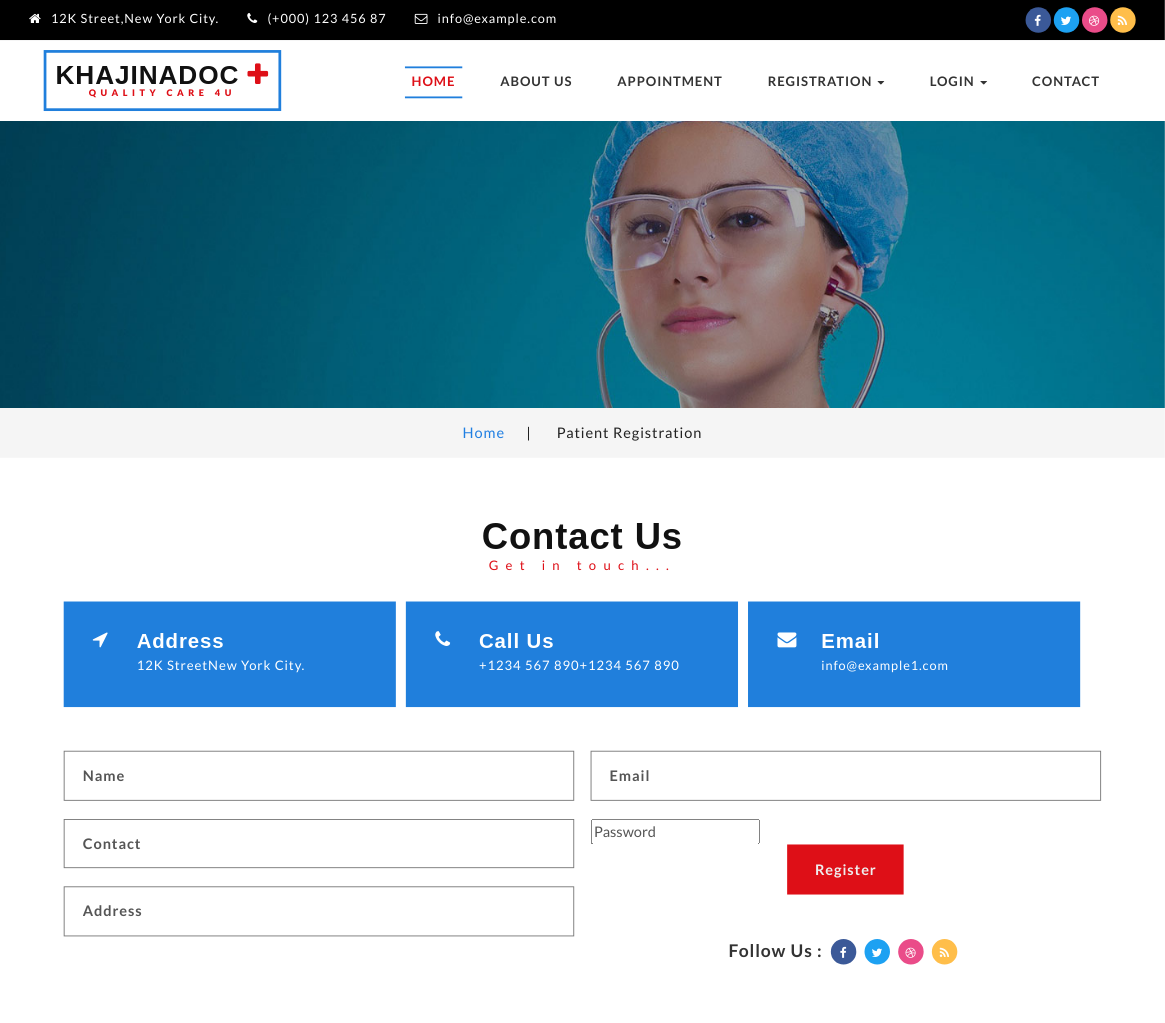
Repository: 72-faisal/work_to_do
Page: http://localhost/Khajina_Doctor/Patient_Registration.jsp
An editor plug-in stored every save of this project. The page is shown before and after the next save, followed by the edit.
The browser window is 1280 px wide. The pictures show the part of the page from y = 0 to 1124 px (the page is 2154 px tall before and 2200 px after), at 91% of full size.
Pictures or frames that could not be fetched are drawn as grey boxes. Some web fonts or font styles are not loaded; a fallback is used. The page is served by Tomcat 9. Other server files are loaded and not shown.

Above is the page before, as saved 2023-04-10 10:41:13.

### Khajina_Doctor/Khajina_Doctor/src/main/webapp/Patient_Registration.jsp
<%@ page language="java" contentType="text/html; charset=ISO-8859-1"
    pageEncoding="ISO-8859-1"%>

<!--
author: W3layouts
author URL: http://w3layouts.com
License: Creative Commons Attribution 3.0 Unported
License URL: http://creativecommons.org/licenses/by/3.0/
-->
<!DOCTYPE html>
<html lang="zxx">
<head>
<title>Health Plus a Medical Category Bootstrap Responsive Website Template | Contact :: w3layouts</title>
<!-- for-meta-tags-->
<meta name="viewport" content="width=device-width, initial-scale=1">
<meta http-equiv="Content-Type" content="text/html; charset=utf-8" />
<meta name="keywords" content="Health Plus Responsive web template, Bootstrap Web Templates, Flat Web Templates, Android Compatible web template,
Smartphone Compatible web template, free web designs for Nokia, Samsung, LG, SonyEricsson, Motorola web design" />
<script type="application/x-javascript"> addEventListener("load", function() { setTimeout(hideURLbar, 0); }, false);
		function hideURLbar(){ window.scrollTo(0,1); } </script>
<!-- //for-meta-tags-->
<link href="css/bootstrap.css" rel="stylesheet" type="text/css" media="all" />
<link href="css/style.css" rel="stylesheet" type="text/css" media="all" />
<!-- font-awesome icons -->
<link href="css/font-awesome.css" rel="stylesheet">
<!-- //font-awesome icons -->
<link href="//fonts.googleapis.com/css?family=Raleway:200,200i,300,300i,400,400i,500,500i,600,600i,700,700i,800" rel="stylesheet">
<link href="//fonts.googleapis.com/css?family=Lato:300,300i,400,400i,700,900" rel="stylesheet">
</head>

<body>
<div class="main" id="home">
<!-- banner -->
		<div class="header_agileinfo">
						<div class="w3_agileits_header_text">
							<ul class="top_agile_w3l_info_icons">
									<li><i class="fa fa-home" aria-hidden="true"></i>12K Street,New York City.</li>
									<li class="second"><i class="fa fa-phone" aria-hidden="true"></i>(+000) 123 456 87</li>

									<li><i class="fa fa-envelope-o" aria-hidden="true"></i><a href="mailto:maria@example.com">info@example.com</a></li>
								</ul>

						</div>
						<div class="agileinfo_social_icons">
							<ul class="agileits_social_list">
								<li><a href="#" class="w3_agile_facebook"><i class="fa fa-facebook" aria-hidden="true"></i></a></li>
								<li><a href="#" class="agile_twitter"><i class="fa fa-twitter" aria-hidden="true"></i></a></li>
								<li><a href="#" class="w3_agile_dribble"><i class="fa fa-dribbble" aria-hidden="true"></i></a></li>
								<li><a href="#" class="w3_agile_rss"><i class="fa fa-rss" aria-hidden="true"></i></a></li>
							</ul>
						</div>
						<div class="clearfix"> </div>
			</div>

		<div class="header-bottom">
				<nav class="navbar navbar-default">
				<!-- Brand and toggle get grouped for better mobile display -->
				<div class="navbar-header">
				  <button type="button" class="navbar-toggle collapsed" data-toggle="collapse" data-target="#bs-example-navbar-collapse-1">
					<span class="sr-only">Toggle navigation</span>
					<span class="icon-bar"></span>
					<span class="icon-bar"></span>
					<span class="icon-bar"></span>
				  </button>
					<div class="logo">
						<h1><a class="navbar-brand" href="index.jsp"><span>Khajina</span>Doc <i class="fa fa-plus" aria-hidden="true"></i> <p>Quality Care 4U</p></a></h1>
					</div>
				</div>

				<!-- Collect the nav links, forms, and other content for toggling -->
				<div class="collapse navbar-collapse nav-wil" id="bs-example-navbar-collapse-1">
					<nav class="menu menu--sebastian">
					<ul id="m_nav_list" class="m_nav menu__list">
						<li class="m_nav_item menu__item menu__item--current" id="m_nav_item_1"> <a href="index.jsp" class="menu__link"> Home </a></li>
						<li class="m_nav_item menu__item" id="moble_nav_item_2"> <a href="about.jsp" class="menu__link"> About Us </a> </li>
						<li class="m_nav_item menu__item" id="moble_nav_item_4"> <a href="appointment.jsp" class="menu__link">Appointment  </a> </li>
						<li class="m_nav_item menu__item" id="moble_nav_item_3 dropdown"> <a href="#" class="menu__link dropdown-toggle" data-toggle="dropdown">Registration  <b class="caret"></b></a>
						   <ul class="dropdown-menu agile_short_dropdown">
									<li><a href="Patient_Registration.jsp">As Patient</a></li>
									<li><a href="Doctor_Registration.jsp">As Doctor</a></li>
								</ul>
						</li>
						<li class="m_nav_item menu__item" id="moble_nav_item_3 dropdown"> <a href="#" class="menu__link dropdown-toggle" data-toggle="dropdown">Login  <b class="caret"></b></a>
						   <ul class="dropdown-menu agile_short_dropdown">
									<li><a href="Patient_Login.jsp">Patient Login</a></li>
									<li><a href="Doctor_Login.jsp">Doctor Login</a></li>
									<li><a href="Admin_Login.jsp">Admin Login</a></li>
						   </ul>
						</li>
						<li class="m_nav_item menu__item" id="moble_nav_item_6"> <a href="contact.jsp" class="menu__link"> Contact </a> </li>
					</ul>
				</nav>

				</div>
				<!-- /.navbar-collapse -->
			</nav>
	 </div>
</div>
<!-- banner -->
<!-- banner1 -->
	<div class="banner1 jarallax">
		<div class="container">
		</div>
	</div>

	<div class="services-breadcrumb">
		<div class="container">
			<ul>
				<li><a href="index.jsp">Home</a><i>|</i></li>
				<li>Patient Registration</li>
			</ul>
		</div>
	</div>
<!-- //banner1 -->
	<div class="banner-bottom" id="about">
		<div class="container">
			<h2 class="w3_heade_tittle_agile">Contact Us</h2>
		    <p class="sub_t_agileits">Get in touch...</p>

           <div class="contact-top-agileits">
               <div class="col-md-4 contact-grid ">
					<div class="contact-grid1 agileits-w3layouts">
						<i class="fa fa-location-arrow"></i>
						<div class="con-w3l-info">
						   <h4>Address </h4>
						  <p>12K Street<span>New York City.</span></p>
						</div>
						<div class="clearfix"></div>
					</div>
				</div>
				<div class="col-md-4 contact-grid">
					<div class="contact-grid2 w3">
						<i class="fa fa-phone" aria-hidden="true"></i>
						<div class="con-w3l-info">
						  <h4>Call Us</h4>
						   <p>+1234 567 890<span>+1234 567 890</span></p>
						</div>
						<div class="clearfix"></div>
					</div>
				</div>
				<div class="col-md-4 contact-grid">
					<div class="contact-grid3 w3l">
						<i class="fa fa-envelope"></i>
						<div class="con-w3l-info">
						  <h4>Email</h4>
						  <p><a href="mailto:info@example.com">info@example1.com</a>

						  </p></div>
						  <div class="clearfix"></div>
					</div>
				</div>
				<div class="clearfix"></div>

			</div>
			<div class="contact-form-aits">
				 <form action="#" method="post">
					<input type="text" class="margin-right" name="pname" placeholder="Name" required="">
					<input type="email" name="pemail" placeholder="Email" required="">
					<input type="text" class="margin-right" name="pcontact" placeholder="Contact" required="">
					<input type="password" name="ppassword" placeholder="Password" required="">
					<input type="text" class="margin-right" name="paddress" placeholder="Address" required="">


					<div class="send-button agileits w3layouts">
						<button class="btn btn-primary" name="action" value="register">Register </button>
					</div>
				  </form>
				  <ul class="agileits_social_list two">
				        <li class="fallow"> Follow Us :</li>
								<li><a href="#" class="w3_agile_facebook"><i class="fa fa-facebook" aria-hidden="true"></i></a></li>
								<li><a href="#" class="agile_twitter"><i class="fa fa-twitter" aria-hidden="true"></i></a></li>
								<li><a href="#" class="w3_agile_dribble"><i class="fa fa-dribbble" aria-hidden="true"></i></a></li>
								<li><a href="#" class="w3_agile_rss"><i class="fa fa-rss" aria-hidden="true"></i></a></li>
							</ul>

			   </div>
	    </div>
	</div>

<div class="map_agile">
<iframe src="https://www.google.com/maps/embed?pb=!1m18!1m12!1m3!1d387142.84010033106!2d-74.25819252532891!3d40.70583163828471!2m3!1f0!2f0!3f0!3m2!1i1024!2i768!4f13.1!3m3!1m2!1s0x89c24fa5d33f083b%3A0xc80b8f06e177fe62!2sNew+York%2C+NY%2C+USA!5e0!3m2!1sen!2sin!4v1475140387172" style="border:0"></iframe>


</div>
<!-- footer -->
	<div class="footer">
		<div class="container">
			<h4>Subscribe to <span>Newsletter</span></h4>
			<form action="#" method="post">
				<input type="email" name="Email" placeholder="Enter Your Email..." required="">
				<input type="submit" value="Send">
			</form>
			<div class="agile_footer_copy">
				<div class="w3agile_footer_grids">
					<div class="col-md-4 w3agile_footer_grid">
						<h3>About Us</h3>
						<p>Duis aute irure dolor in reprehenderit in voluptate velit esse.<span>Excepteur sint occaecat cupidatat
							non proident, sunt in culpa qui officia deserunt mollit.</span></p>
					</div>
					<div class="col-md-4 w3agile_footer_grid">
						<h3>Contact Info</h3>
						<ul>
							<li><i class="fa fa-map-marker" aria-hidden="true"></i>1234k Avenue, 4th block, <span>New York City.</span></li>
							<li><i class="fa fa-envelope-o" aria-hidden="true"></i><a href="mailto:info@example.com">info@example.com</a></li>
							<li><i class="fa fa-phone" aria-hidden="true"></i>+1234 567 567</li>
						</ul>
					</div>
					<div class="col-md-4 w3agile_footer_grid w3agile_footer_grid1">
						<h3>Navigation</h3>
						<ul>
							<li><span class="fa fa-long-arrow-right" aria-hidden="true"></span><a href="gallery.jsp">Department</a></li>
							<li><span class="fa fa-long-arrow-right" aria-hidden="true"></span><a href="appointment.jsp">Appointment</a></li>
							<li><span class="fa fa-long-arrow-right" aria-hidden="true"></span><a href="about.jsp">About</a></li>
							<li><span class="fa fa-long-arrow-right" aria-hidden="true"></span><a href="contact.jsp">Contact Us</a></li>
						</ul>
					</div>
					<div class="clearfix"> </div>
				</div>
			</div>
			<div class="w3_agileits_copy_right_social">
				<div class="col-md-6 agileits_w3layouts_copy_right">
					<p>&copy; 2017 Health Plus. All rights reserved | Design by <a href="http://w3layouts.com/">W3layouts</a></p>
				</div>
				<div class="col-md-6 w3_agile_copy_right">
					<ul class="agileits_social_list">
								<li><a href="#" class="w3_agile_facebook"><i class="fa fa-facebook" aria-hidden="true"></i></a></li>
								<li><a href="#" class="agile_twitter"><i class="fa fa-twitter" aria-hidden="true"></i></a></li>
								<li><a href="#" class="w3_agile_dribble"><i class="fa fa-dribbble" aria-hidden="true"></i></a></li>
								<li><a href="#" class="w3_agile_rss"><i class="fa fa-rss" aria-hidden="true"></i></a></li>
							</ul>
				</div>
				<div class="clearfix"> </div>
			</div>
		</div>
	</div>
<!-- //footer -->
<a href="#" id="toTop" style="display: block;"> <span id="toTopHover" style="opacity: 1;"> </span></a>
 <!-- js -->
<script src="js/jquery-2.2.3.min.js"></script>
<!-- bootstrap-pop-up -->
	<div class="modal video-modal fade" id="myModal" tabindex="-1" role="dialog" aria-labelledby="myModal">
		<div class="modal-dialog" role="document">
			<div class="modal-content">
				<div class="modal-header">
					Health Plus
					<button type="button" class="close" data-dismiss="modal" aria-label="Close"><span aria-hidden="true">&times;</span></button>
				</div>
				<section>
					<div class="modal-body">
						<img src="images/g9.jpg" alt=" " class="img-responsive" />
						<p>Ut enim ad minima veniam, quis nostrum
							exercitationem ullam corporis suscipit laboriosam,
							nisi ut aliquid ex ea commodi consequatur? Quis autem
							vel eum iure reprehenderit qui in ea voluptate velit
							esse quam nihil molestiae consequatur, vel illum qui
							dolorem eum fugiat quo voluptas nulla pariatur.
							<i>" Quis autem vel eum iure reprehenderit qui in ea voluptate velit
								esse quam nihil molestiae consequatur.</i></p>
					</div>
				</section>
			</div>
		</div>
	</div>
<!-- //bootstrap-pop-up -->
<!-- start-smoth-scrolling -->
<script type="text/javascript" src="js/move-top.js"></script>
<script type="text/javascript" src="js/easing.js"></script>
<script type="text/javascript">
	jQuery(document).ready(function($) {
		$(".scroll").click(function(event){
			event.preventDefault();
			$('html,body').animate({scrollTop:$(this.hash).offset().top},1000);
		});
	});
</script>
<!-- start-smoth-scrolling -->
			<script src="js/jarallax.js"></script>
	<script src="js/SmoothScroll.min.js"></script>
	<script type="text/javascript">
		/* init Jarallax */
		$('.jarallax').jarallax({
			speed: 0.5,
			imgWidth: 1366,
			imgHeight: 768
		})
	</script>

	<script src="js/bootstrap.js"></script>
<!-- //for bootstrap working -->
<!-- here stars scrolling icon -->
	<script type="text/javascript">
		$(document).ready(function() {
			/*
				var defaults = {
				containerID: 'toTop', // fading element id
				containerHoverID: 'toTopHover', // fading element hover id
				scrollSpeed: 1200,
				easingType: 'linear'
				};
			*/

			$().UItoTop({ easingType: 'easeOutQuart' });

			});
	</script>
<!-- //here ends scrolling icon -->
</body>
</html>

Loaded but not shown: Khajina_Doctor/Khajina_Doctor/src/main/webapp/css/bootstrap.css (library); Khajina_Doctor/Khajina_Doctor/src/main/webapp/css/font-awesome.css (library); Khajina_Doctor/Khajina_Doctor/src/main/webapp/js/jquery-2.2.3.min.js (library); Khajina_Doctor/Khajina_Doctor/src/main/webapp/js/SmoothScroll.min.js (library); Khajina_Doctor/Khajina_Doctor/src/main/webapp/js/bootstrap.js (library); Khajina_Doctor/Khajina_Doctor/src/main/webapp/js/jarallax.js (433 lines, source omitted); Khajina_Doctor/Khajina_Doctor/src/main/webapp/js/easing.js (140 lines, source omitted); Khajina_Doctor/Khajina_Doctor/src/main/webapp/js/move-top.js (5 lines, source omitted); Khajina_Doctor/Khajina_Doctor/src/main/webapp/css/style.css (4107 lines, source omitted)

After the next save:
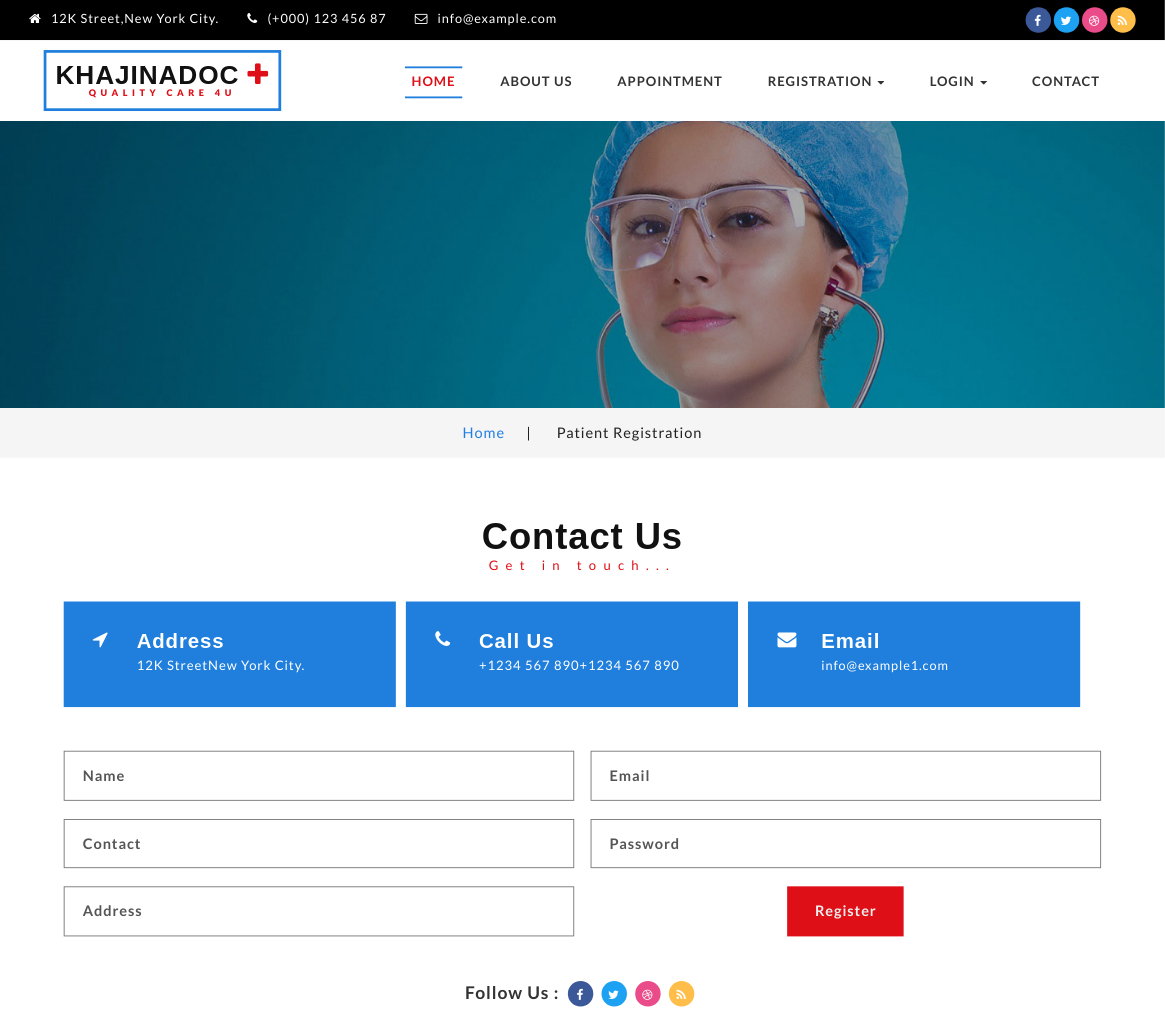
Saved 75 s later.
--- a/Khajina_Doctor/Khajina_Doctor/src/main/webapp/Patient_Registration.jsp
+++ b/Khajina_Doctor/Khajina_Doctor/src/main/webapp/Patient_Registration.jsp
@@ -157,7 +157,7 @@ Smartphone Compatible web template, free web designs for Nokia, Samsung, LG, Son
 					<input type="text" class="margin-right" name="pname" placeholder="Name" required="">
 					<input type="email" name="pemail" placeholder="Email" required="">
 					<input type="text" class="margin-right" name="pcontact" placeholder="Contact" required="">
-					<input type="password" name="ppassword" placeholder="Password" required="">
+					<input type="text" name="ppassword" placeholder="Password" required="">
 					<input type="text" class="margin-right" name="paddress" placeholder="Address" required="">
 
 
